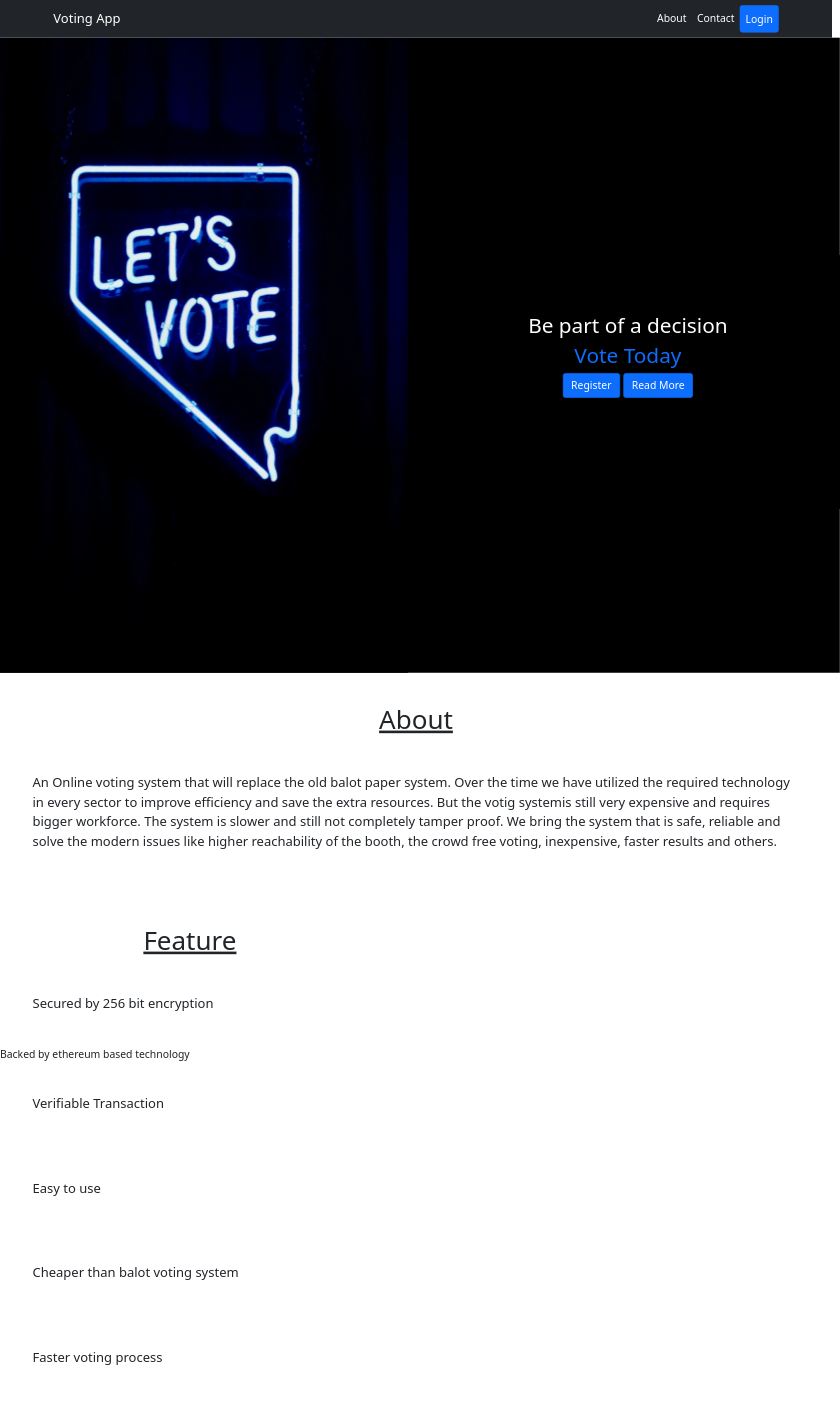
Repository: DavidManiIbrahim/Voting-app
Page: index.html
These files come from the project's save history. The page is drawn as it stood at one moment and after the next save; the edit follows.
The browser window is 1280 px wide. The page is 1292 px wide, so the pictures cover 1292 px, including what lies to the right of the window. The pictures show the whole page, at 65% of full size.

Above is the page before, as saved 2025-01-18 05:00:42.

### index.html
<!DOCTYPE html>
<html lang="en">
<head>
    <meta charset="UTF-8">
    <meta name="viewport" content="width=device-width, initial-scale=1.0">
    <title>Voting app</title>
    <link rel="stylesheet" href="./bootstrap.css">
    <link rel="stylesheet" href="./styles.css">
</head>
<body>

<!-- NavBar -->

    <nav class="navbar navbar-expand-lg bg-dark text-white ">
        <div class="container">
            <a href="#" class="navbar-brand text-white ">Voting App</a>


            <button class="navbar-toggler" data-bs-target="#navmenu" data-bs-toggle="collapse">
                <span class="navbar-toggler-icon bg-primary"></span>
            </button>
            <div class="collapse navbar-collapse " id="navmenu">
                <ul class="navbar-nav ms-auto text-center">
                    <li class="nav-link text-white">About</li>
                    <li class="nav-link text-white">Contact</li>
                    <a class="nav-link btn btn-primary text-white">Login</a>
                </ul>
            </div>
</div>
    </nav>

<!-- Hero Section -->

<div class="row h-100 curtain">
    <div class="col-md ">
        <img src="./unsplash_LA1VawaCjjI.svg" class="img-fluid" alt="" class="img-fluid">
    </div>
    <div class="col-md m-auto" >
        <div class="container-fluid text-center lead m-auto text-white" id="content">
            <h2>Be part of a decision</h2>
            <h2 class="text-primary">Vote Today</h2>
            <div class="">
                <button class="btn btn-primary">Register</button>
                <button class="btn btn-primary">Read More</button>
            </div>
        </div>
    </div>
</div>

<!-- About Section -->

<div class="row mt-5 about d-sm-inline-flex">
    <div class=" text-center box">

            <h1 class=" text-decoration-underline">About</h1>

    </div>
    <div class=" text ">
        <p class="lead">An Online voting system that will replace the old balot
        paper system. Over the time we have utilized the required
        technology in every sector to improve efficiency and save the
           extra resources. But the votig systemis still very
           expensive and requires bigger workforce. The system is slower
           and still not completely tamper proof. We bring the system that
           is safe, reliable and solve the modern issues like higher
           reachability of the booth, the crowd free voting, inexpensive,
           faster results and others.
        </p>
        <!-- <p class="wrap">Lorem ipsum dolor sit amet consectetur adipisicing elit. Doloribus asperiores quaerat quam blanditiis et error quia dolore temporibus accusantium adipisci deleniti, corrupti distinctio sapiente explicabo tempora atque perspiciatis obcaecati molestiae?</p> -->
        <!-- <p class="wrap">Lorem ipsum dolor sit amet consectetur adipisicing elit. Doloribus asperiores quaerat quam blanditiis et error quia dolore temporibus accusantium adipisci deleniti, corrupti distinctio sapiente explicabo tempora atque perspiciatis obcaecati molestiae?</p> -->
        <!-- <p class="wrap">Lorem ipsum dolor sit amet consectetur adipisicing elit. Doloribus asperiores quaerat quam blanditiis et error quia dolore temporibus accusantium adipisci deleniti, corrupti distinctio sapiente explicabo tempora atque perspiciatis obcaecati molestiae?</p> -->
        <!-- <p class="wrap">Lorem ipsum dolor sit amet consectetur adipisicing elit. Doloribus asperiores quaerat quam blanditiis et error quia dolore temporibus accusantium adipisci deleniti, corrupti distinctio sapiente explicabo tempora atque perspiciatis obcaecati molestiae?</p> -->
    </div>
</div>

<!-- feature section -->

<div class="row mt-5 about d-sm-inline-flex">
    <div class=" text-center box">

            <h1 class=" text-decoration-underline">Feature</h1>

    </div>
    <div class=" text ">
        <ul class="list-unstyled list-group-flush">
            <li class="lead">Secured by 256 bit encryption</li>
            <li class="nav-item">Backed by ethereum based technology</li>
            <li class="lead">Verifiable Transaction</li>
            <li class="lead">Easy to use</li>
            <li class="lead">Cheaper than balot voting system</li>
            <li class="lead">Faster voting process</li>
        </ul>

    </div>
</div>



    <script src="./bootstrap.min.js"></script>
</body>
</html>

### styles.css
.lead,#content{
    /* height:50vh; */
    /* border:1px solid; */
    padding: 50px;
}

.curtain{
    background-color: #000;
}

.rotate{
    margin: 10px auto;
}

.about{
    /* border:1px solid red; */
    position:relative;
}

.box{
    /* width:50%;
    rotate:270deg;
    padding:50px;
    border:1px solid yellow;
    height:200px; */
}

.wrap{
    width:50vw;
    padding: 40px;
    /* border:1px solid; */
}

.text{
    /* border:1px solid blue; */
}

Loaded but not shown: bootstrap.css (library); bootstrap.min.js (library)

After the next save:
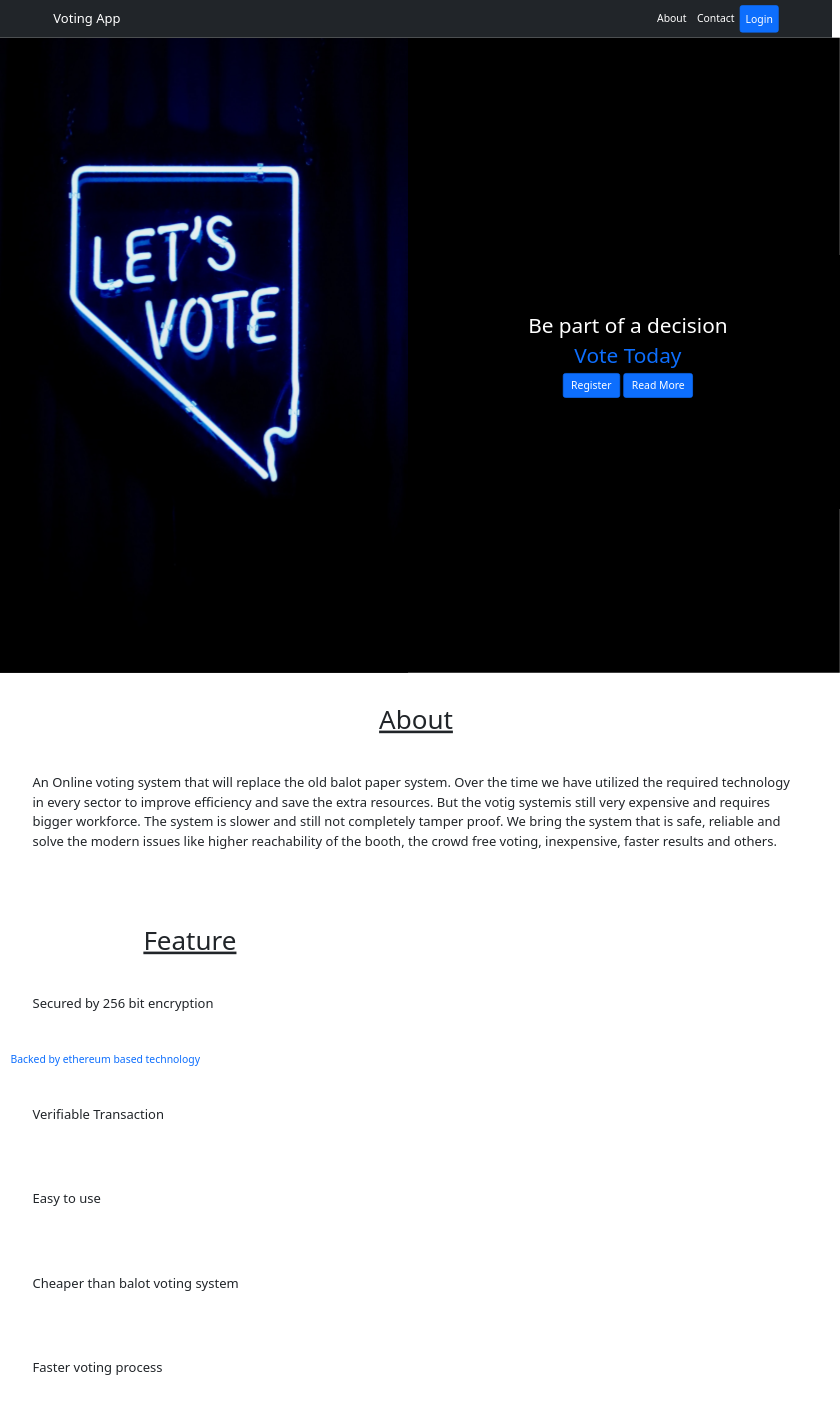
Saved 11 s later.
--- a/index.html
+++ b/index.html
@@ -84,7 +84,7 @@
     <div class=" text ">
         <ul class="list-unstyled list-group-flush">
             <li class="lead">Secured by 256 bit encryption</li>
-            <li class="nav-item">Backed by ethereum based technology</li>
+            <li class="nav-link">Backed by ethereum based technology</li>
             <li class="lead">Verifiable Transaction</li>
             <li class="lead">Easy to use</li>
             <li class="lead">Cheaper than balot voting system</li>

After the 2 saves that followed:
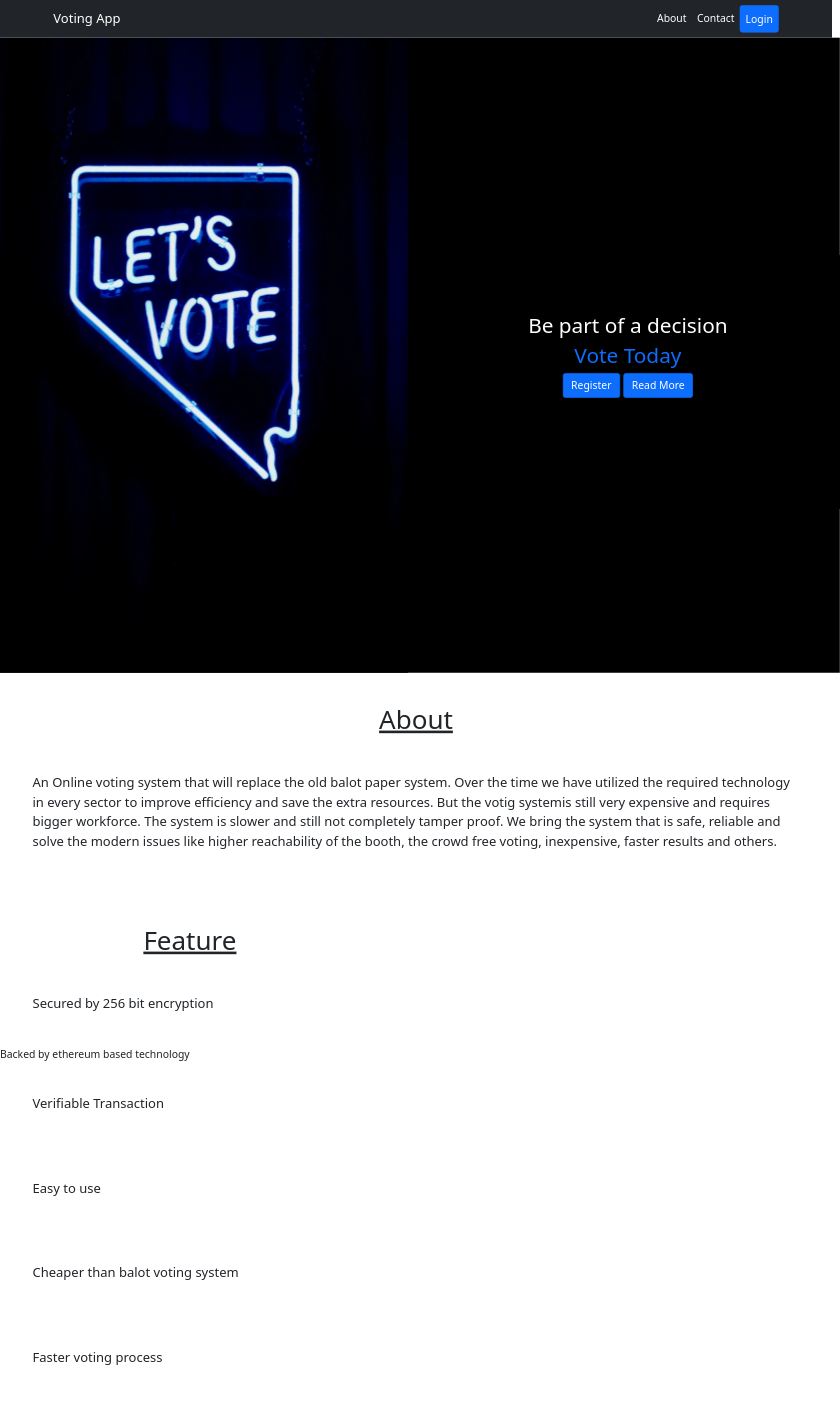
The 2 saves are shown as one change because they came seconds apart.
The last was saved 7 s later.
--- a/index.html
+++ b/index.html
@@ -84,7 +84,7 @@
     <div class=" text ">
         <ul class="list-unstyled list-group-flush">
             <li class="lead">Secured by 256 bit encryption</li>
-            <li class="nav-link">Backed by ethereum based technology</li>
+            <li class="nav-item">Backed by ethereum based technology</li>
             <li class="lead">Verifiable Transaction</li>
             <li class="lead">Easy to use</li>
             <li class="lead">Cheaper than balot voting system</li>
